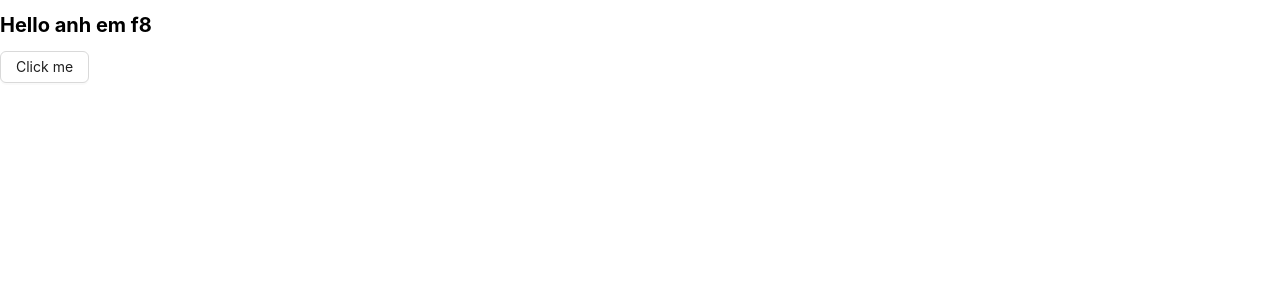
Repository: manhhieu120499/E-Commerce
Page: /
The author's editor kept a copy of each file at every save. The page is drawn from the files as they stood at one save, then again after the next save.
The browser window is 1280 px wide. The pictures show the whole page.
The project was rebuilt for these pictures with package versions that can differ from the ones it lists, and the page was loaded fresh each time.

Above is the page before, as saved 2024-12-31 12:45:49.

### src/index.js
import React from "react";
import ReactDOM from "react-dom/client";
import App from "./App";
import reportWebVitals from "./reportWebVitals";
import GlobalStyle from "./GlobalStyles";
import { Provider } from "react-redux";
import store from "./redux/store";

const root = ReactDOM.createRoot(document.getElementById("root"));
root.render(
  <React.StrictMode>
    <Provider store={store}>
      <GlobalStyle>
        <App />
      </GlobalStyle>
    </Provider>
  </React.StrictMode>
);

// If you want to start measuring performance in your app, pass a function
// to log results (for example: reportWebVitals(console.log))
// or send to an analytics endpoint. Learn more: https://bit.ly/CRA-vitals
reportWebVitals();

### src/App.js
import { Button } from "antd";
function App() {
  return (
    <div className="App">
      <h1>Hello anh em f8</h1>
      <Button color="primary" className="btn btn-primary">Click me</Button>
    </div>
  );
}

export default App;

### src/redux/store.js
import { configureStore } from "@reduxjs/toolkit";
import productSlice from "./reducer";

const store = configureStore({
    reducer: productSlice
})

export default store;

### src/GlobalStyles/GlobalStyles.js
import "./css/GlobalStyles.css";
export default function GlobalStyle({ children }) {
    return (
        <div className="wrapper">
            { children }
        </div>
    )
}

### src/redux/reducer.js
import { createSlice } from "@reduxjs/toolkit";

const initialState = {
    products: [],
}

export const productSlice = createSlice({
    name: 'productSlice',
    initialState,
    reducers:{
        setProduct: (state, action) => {
            return {...state}
        }
    }
})

export const { setProduct } = productSlice.actions;

export default productSlice.reducer;

### src/GlobalStyles/css/GlobalStyles.css
/* @import "antd/dist/antd.css"; */
body {
  margin: 0;
  font-family: -apple-system, BlinkMacSystemFont, 'Segoe UI', 'Roboto', 'Oxygen',
    'Ubuntu', 'Cantarell', 'Fira Sans', 'Droid Sans', 'Helvetica Neue',
    sans-serif;
  -webkit-font-smoothing: antialiased;
  -moz-osx-font-smoothing: grayscale;
  box-sizing: border-box;
  padding: 0;
}

html {
  font-size: 62.5%;
}

.wrapper {
  max-width: 100vw;
  margin: 0 auto;
}

Loaded but not shown: public/index.html (common file); src/reportWebVitals.js (common file); src/GlobalStyles/index.js (common file)

After the next save:
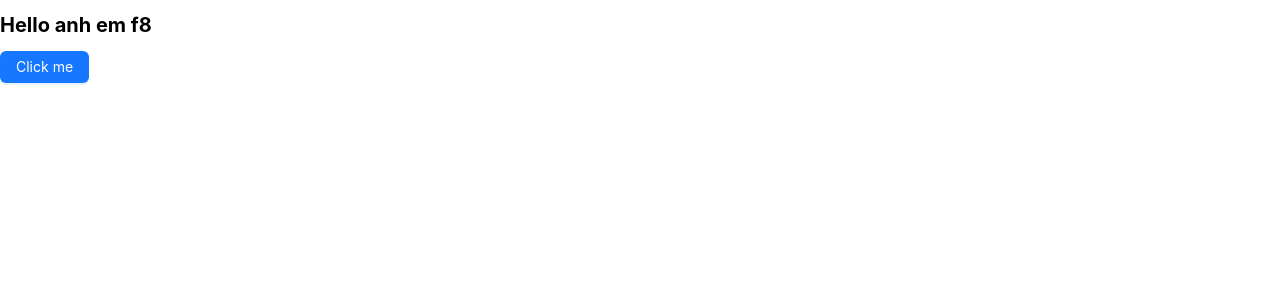
Saved 107 s later.
--- a/src/App.js
+++ b/src/App.js
@@ -3,7 +3,7 @@ function App() {
   return (
     <div className="App">
       <h1>Hello anh em f8</h1>
-      <Button color="primary" className="btn btn-primary">Click me</Button>
+      <Button color="primary" type="primary" >Click me</Button>
     </div>
   );
 }
